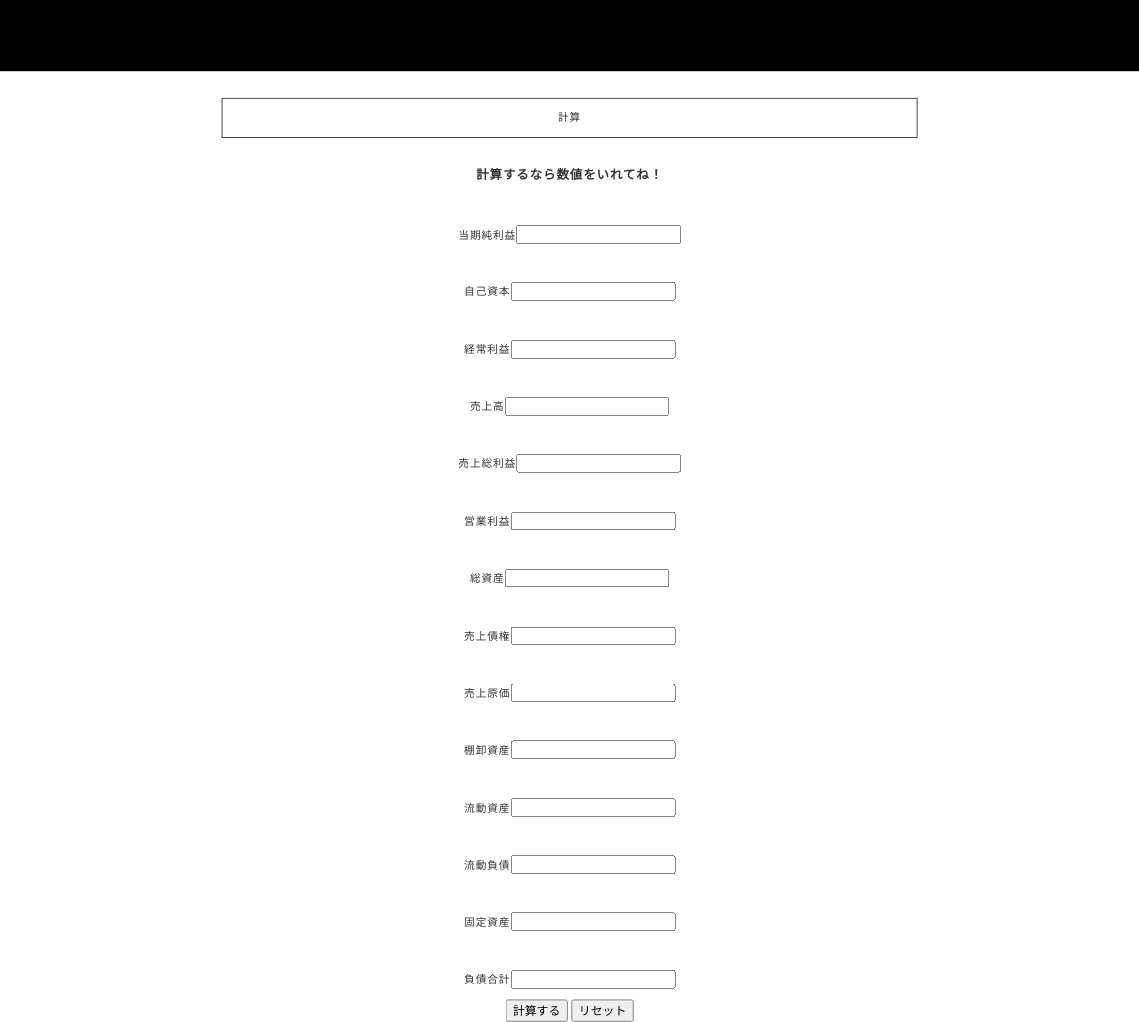
Repository: HattoriKotaro19920408/Keisanchan
Page: http://localhost/Keisanchan/keisan.jsp
The author's editor kept a copy of each file at every save. The page is drawn from the files as they stood at one save, then again after the next save.
The browser window is 1280 px wide. The pictures show the whole page, at 89% of full size.
The page is served by Tomcat 9. Other server files are loaded and not shown.

Above is the page before, as saved 2018-08-08 04:22:22.

### Keisanchan/WebContent/keisan.jsp
<%@ page language="java" contentType="text/html; charset=UTF-8"
    pageEncoding="UTF-8"%>
<%@ taglib prefix="s" uri="/struts-tags" %>
<!DOCTYPE html PUBLIC "-//W3C//DTD HTML 4.01 Transitional//EN" "http://www.w3.org/TR/html4/loose.dtd">
<html>
<head>
<meta http-equiv="Content-Type" content="text/html; charset=utf-8" />
<meta http-equiv="Content-Style-Type" content="text/css" />
<meta http-equiv="Content-Script-Type" content="text/javascript" />
<meta http-equiv="imagetoolbar" content="no" />
<meta name="description" content="" />
<meta name="keywords" content="" />

<title>計算画面</title>
<style type="text/css">
 body{
      margin:0;
      padding:0;
      line-height:1.6;
      letter-spacing:1px;
      font-family:Verdana, Helvetica, sans-serif;
      font-size:12px;
      color:#333;
      background:#fff;
   }
   table{
     text-align:center;
     margin:o auto;
   }

   #top{
     width:780px;
     margin:30px auto;
     border:1px solid #333;
   }
   #header{
     width:100%;
     height:80px;
     background-color:black;
   }
   #main{
     width:100%;
     height:500px;
     text-align:center;
   }
   #footer{
     width:100%;
     height:80px;
     background-color:black;
     clear:both;
   }
   #text-center{
      display:inline-block;
      text-align:center;
   }

</style>
</head>
<body>
<div id="header">
        <div id="pr">
        </div>
</div>
<div id = "main">
       <div id="top">
          <p>計算</p>
       </div>
       <div>
        <h3>計算するなら数値をいれてね！</h3>

       <br/>
       <form method="get" action="keisanResult.jsp" oninput="result.value = Number(a.value) + Number(b.value);">

<p>当期純利益<input type="number" name="toki" value=""><p/>
<br><p>自己資本<input type="number" name="zikoshi" value=""></p>
<br><p>経常利益<input type="number" name="keijo" value=""></p>
<br><p>売上高<input type="number" name="uriage" value=""></p>
<br><p>売上総利益<input type="number" name="uriage_sori" value=""></p>
<br><p>営業利益<input type="number" name="eigyo" value=""></p>
<br><p>総資産<input type="number" name="total_assets" value=""></p>
<br><p>売上債権<input type="number" name="uriage_saiken" value=""></p>
<br><p>売上原価<input type="number" name="uriage_genka" value=""></p>
<br><p>棚卸資産<input type="number" name="tana" value=""></p>
<br><p>流動資産<input type="number" name="ryudo_assets" value=""></p>
<br><p>流動負債<input type="number" name="ryudo_fusai" value=""></p>
<br><p>固定資産<input type="number" name="kotei_assets" value=""></p>
<br><p>負債合計<input type="number" name="total_fusai" value=""></p>



<p><input type="submit" value="計算する"> <input type="reset" value="リセット"></p>

</form>

       <div id="text-link">

       </div>
       </div>
   </div>
</body>
</html>

After the next save:
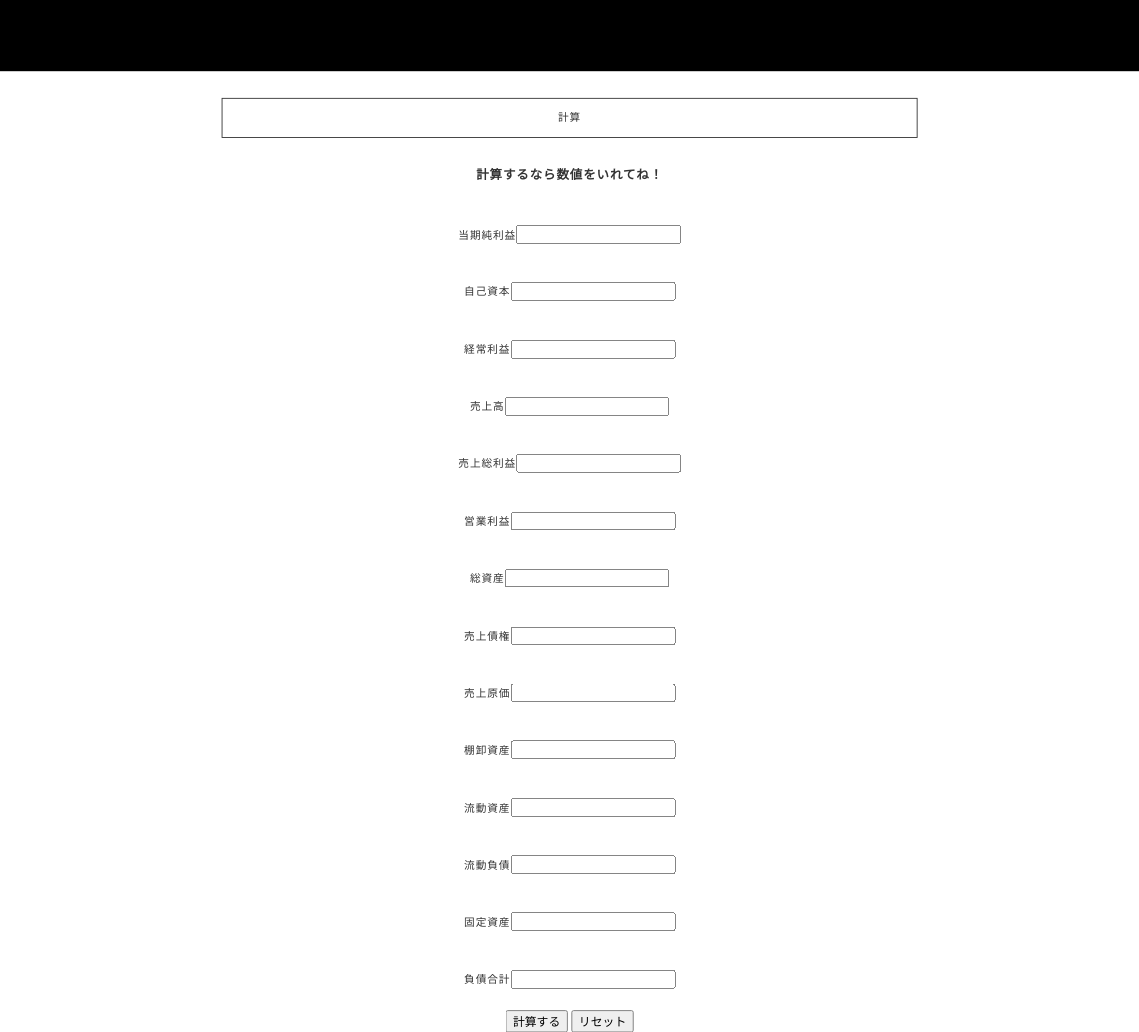
Saved 2 min 14 s later.
--- a/Keisanchan/WebContent/keisan.jsp
+++ b/Keisanchan/WebContent/keisan.jsp
@@ -70,7 +70,7 @@
 
        <br/>
        <form method="get" action="keisanResult.jsp" oninput="result.value = Number(a.value) + Number(b.value);">
-
+<s:form action="KeisanAction">
 <p>当期純利益<input type="number" name="toki" value=""><p/>
 <br><p>自己資本<input type="number" name="zikoshi" value=""></p>
 <br><p>経常利益<input type="number" name="keijo" value=""></p>
@@ -85,7 +85,7 @@
 <br><p>流動負債<input type="number" name="ryudo_fusai" value=""></p>
 <br><p>固定資産<input type="number" name="kotei_assets" value=""></p>
 <br><p>負債合計<input type="number" name="total_fusai" value=""></p>
-
+</s:form>
 
 
 <p><input type="submit" value="計算する"> <input type="reset" value="リセット"></p>
